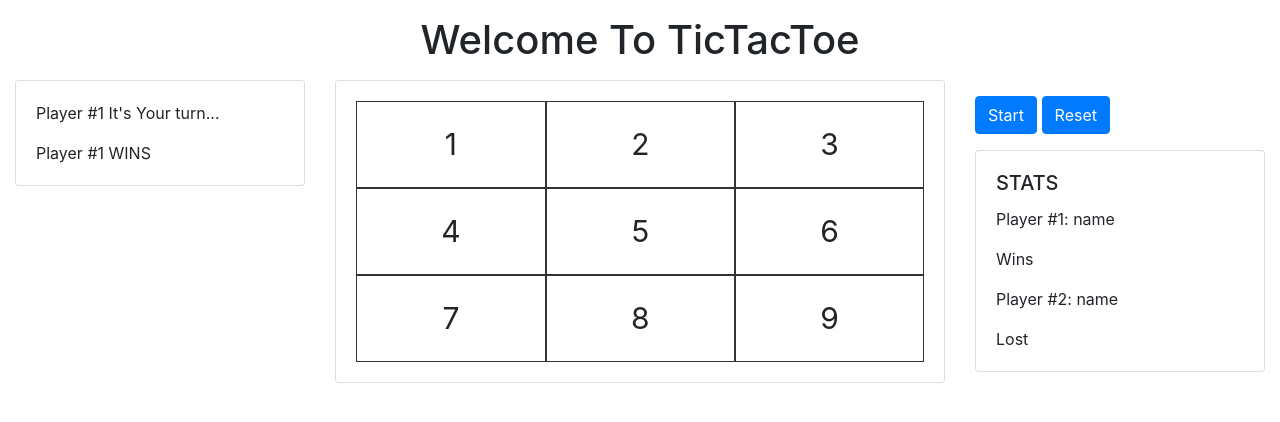
Repository: rOluochKe/JS-TicTacToe
Page: index.html
These files come from the project's save history. The page is drawn as it stood at one moment and after the next save; the edit follows.
The browser window is 1280 px wide. The pictures show the whole page.
Some web libraries are served in a nearby version.

Above is the page before, as saved 2020-05-27 00:40:36.
Not found: css/reset.css

After the next save:
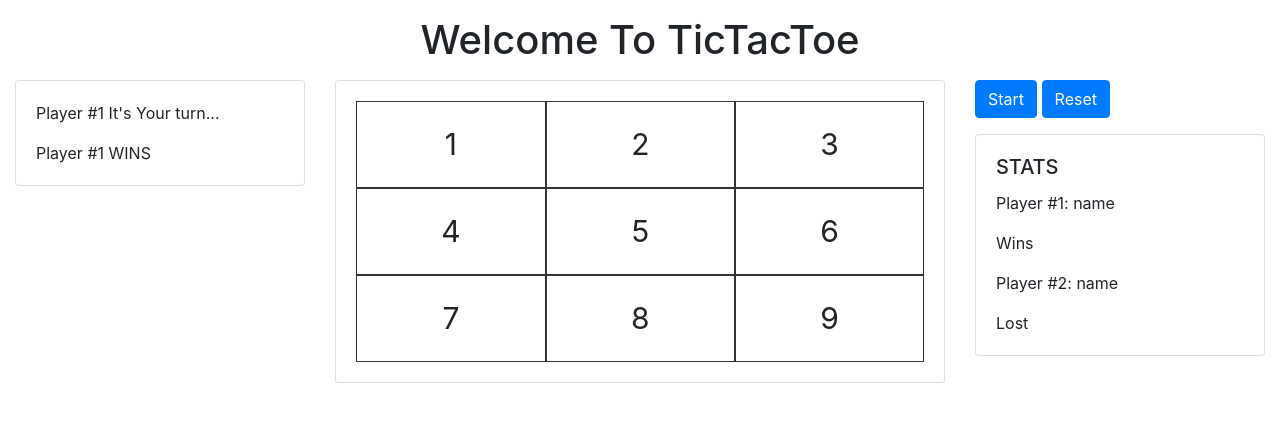
Saved 12 s later.
--- a/index.html
+++ b/index.html
@@ -46,7 +46,7 @@
         </div>
 
         <div class="col-md-3">
-          <div class="game-buttons my-3">
+          <div class="game-buttons mb-3">
             <button class="btn btn-primary">Start </button>
             <button class="btn btn-primary">Reset </button>
           </div>
